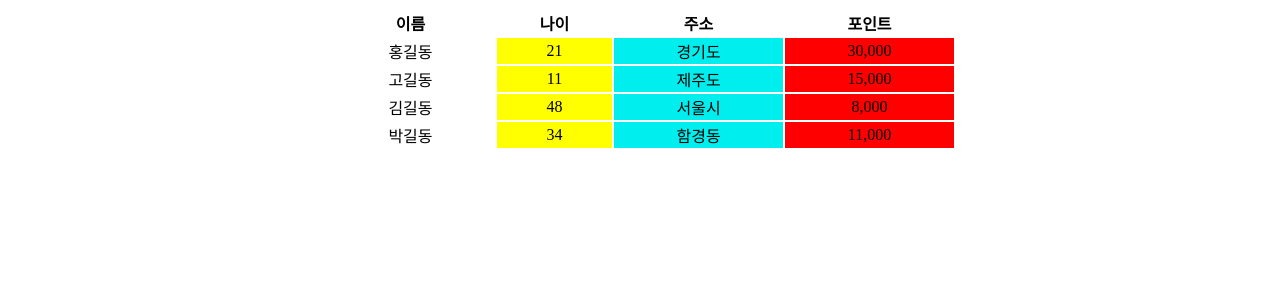
Repository: claddds/2023_webstudy
Page: 01_html/src/main/webapp/day03/ex02_tableStyling.html
These files come from the project's save history. The page is drawn as it stood at one moment and after the next save; the edit follows.
The browser window is 1280 px wide. The pictures show the whole page.

Above is the page before, as saved 2023-06-21 01:51:38.

### 01_html/src/main/webapp/day03/ex02_tableStyling.html
<!DOCTYPE html>
<html>
<head>
<meta charset="UTF-8">
<title>table:nth-child(even|odd)</title>
<style type="text/css">
	table{
		width: 50%;
		margin: auto;
	}
	th,td{
		text-align: center;
	}
	/* 수평: even(짝수), odd(홀수)*/
	/*tbody 안에 있는 tr*/
	/*가상 선택자*/
	/*:nth-child(N) => 부모안에 모든 요소 중 N번째 요소*/
	/*:first-child => 첫번째 요소, :last-child: 마지막 요소*/
	tbody tr :nth-child(even) {
		background-color: yellow;
	}
	tbody tr :nth-child(odd){
		background-color: #00eeee;
	}
	tbody tr :first-child{
		background-color: white;
	}
	tbody tr :last-child{
		background-color: red;
	}

</style>
</head>
<body>
	<table>
		<thead>
			<tr><th>이름</th><th>나이</th><th>주소</th><th>포인트</th></tr>
		</thead>
		<tbody>
			<tr><td>홍길동</td><td>21</td><td>경기도</td><td>30,000</td></tr>
			<tr><td>고길동</td><td>11</td><td>제주도</td><td>15,000</td></tr>
			<tr><td>김길동</td><td>48</td><td>서울시</td><td>8,000</td></tr>
			<tr><td>박길동</td><td>34</td><td>함경동</td><td>11,000</td></tr>
		</tbody>
	</table>
</body>
</html>

After the next save:
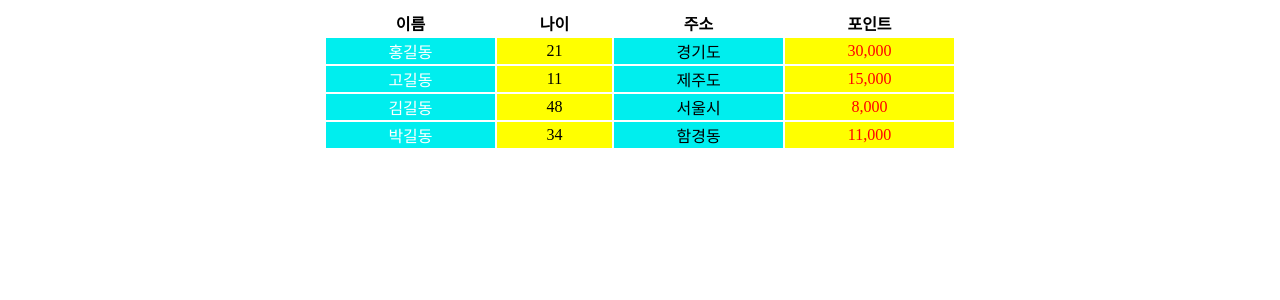
Saved 2 min 58 s later.
--- a/01_html/src/main/webapp/day03/ex02_tableStyling.html
+++ b/01_html/src/main/webapp/day03/ex02_tableStyling.html
@@ -23,10 +23,10 @@
 		background-color: #00eeee;
 	}
 	tbody tr :first-child{
-		background-color: white;
+		color: white;
 	}
 	tbody tr :last-child{
-		background-color: red;
+		color: red;
 	}
 
 </style>
